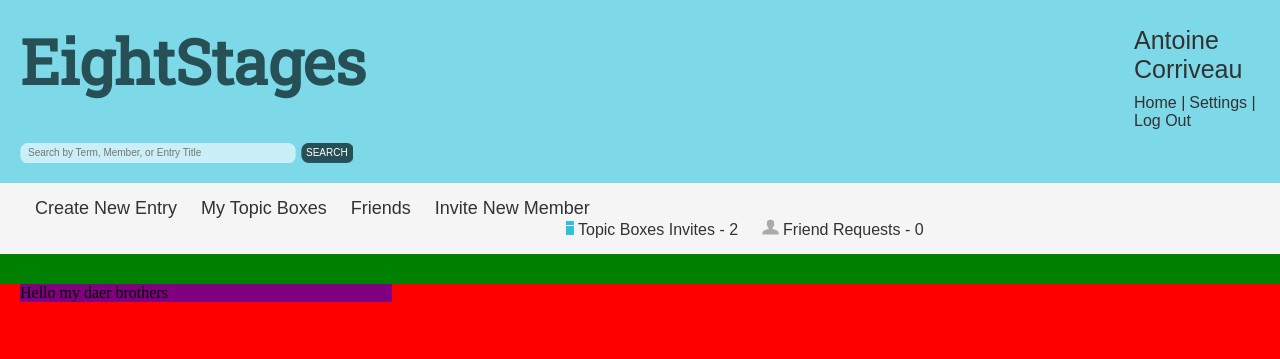
Repository: bhattaraib58/eighstages-lf-design
Page: Assignment 3/Eight Stages Website Mockup Done/index.html
An editor plug-in stored every save of this project. The page is shown before and after the next save, followed by the edit.
The browser window is 1280 px wide. The pictures show the whole page.
Some web fonts or font styles are not loaded; a fallback is used.

Above is the page before, as saved 2019-06-09 23:17:21.

After the next save:
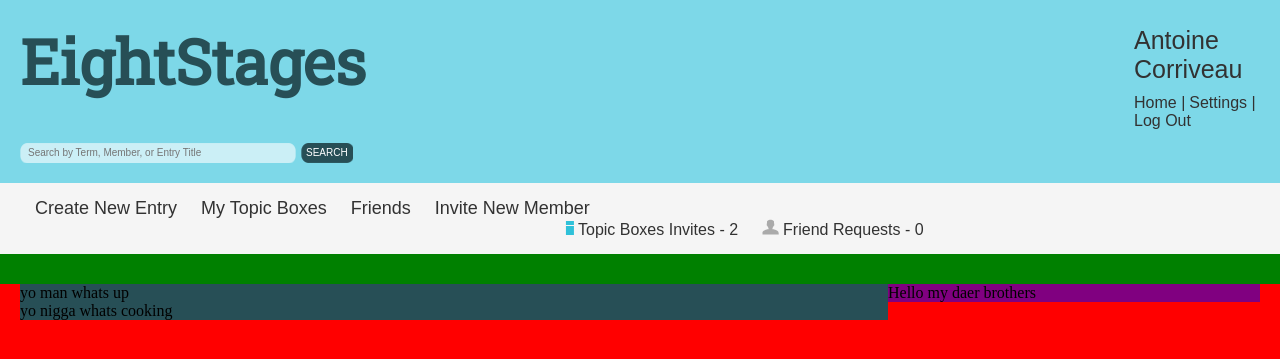
Saved 22 s later.
--- a/Assignment 3/Eight Stages Website Mockup Done/index.html
+++ b/Assignment 3/Eight Stages Website Mockup Done/index.html
@@ -61,10 +61,10 @@
     <div class="container">
         <div class="searches-entries-container">
             <div class="searches-container">
-
+                yo man whats up
             </div>
             <div class="entries-container">
-
+                yo nigga whats cooking
             </div>
         </div>
         <div class="short-links-container">
